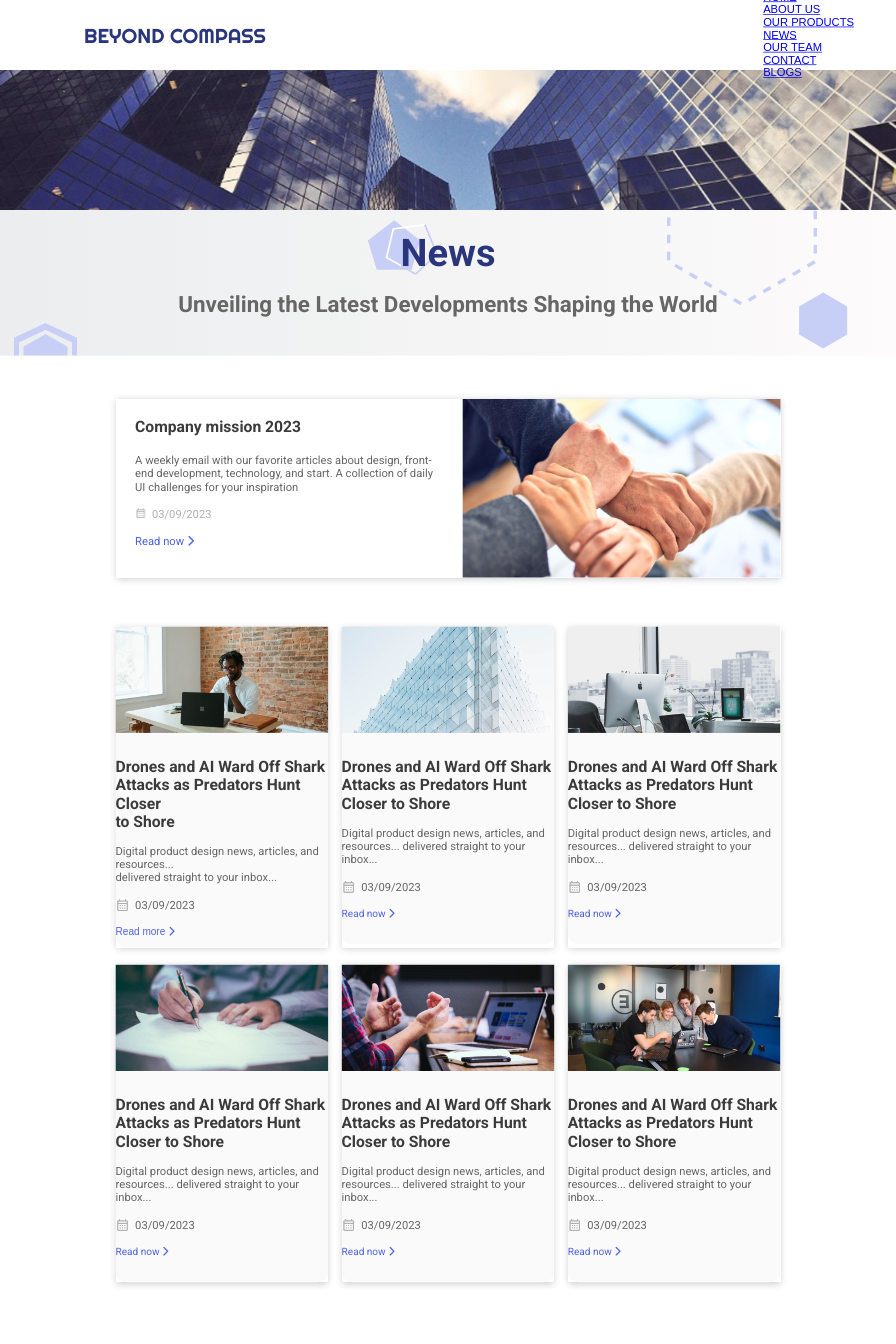
Repository: trunghau06/baitapRn
Page: pages/news.html
The author's editor kept a copy of each file at every save. The page is drawn from the files as they stood at one save, then again after the next save.
The browser window is 1280 px wide. The pictures show the part of the page from y = 0 to 1920 px (the page is 2972 px tall before and 2952 px after), at 70% of full size.

Above is the page before, as saved 2025-10-10 11:10:43.

After the next save:
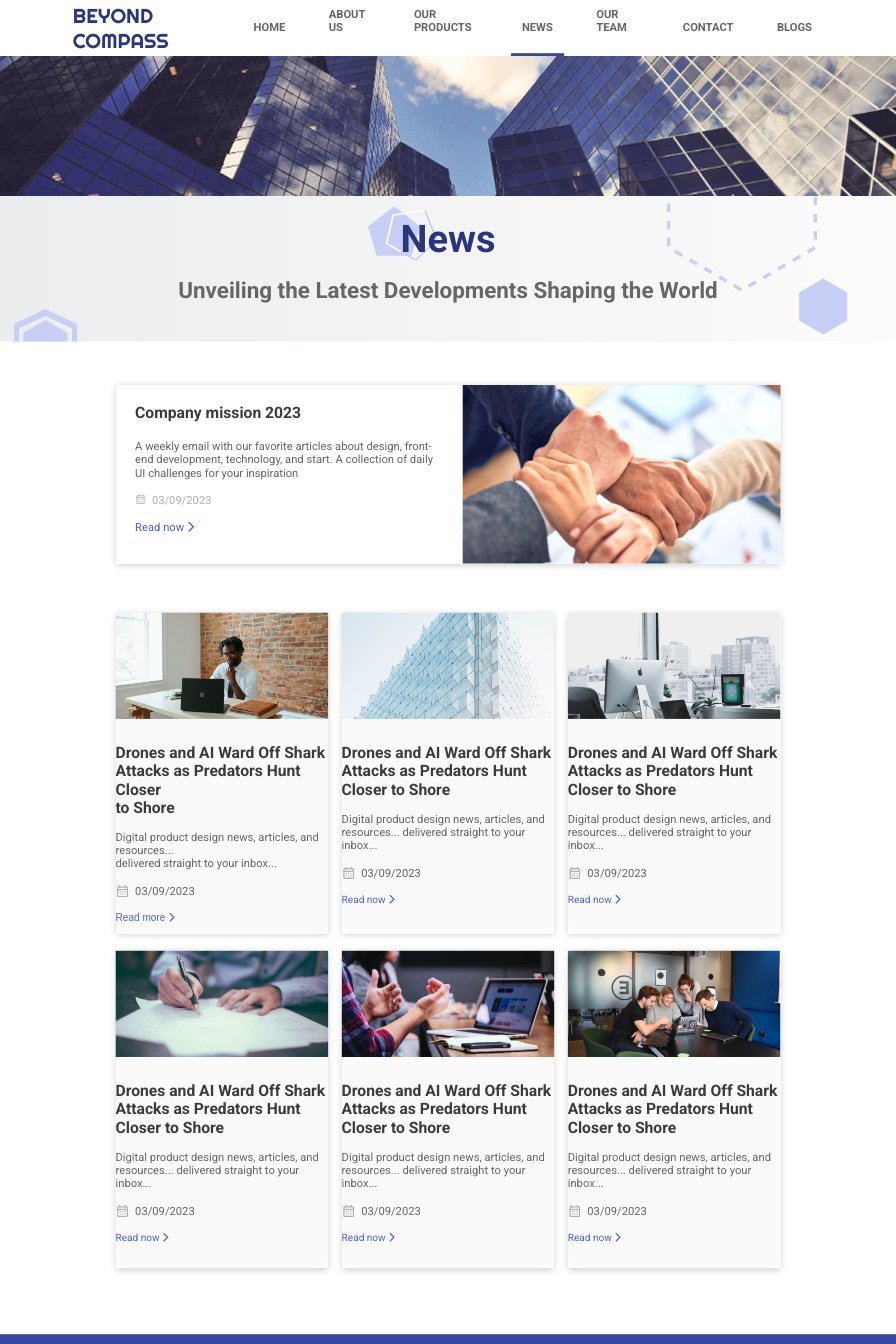
Saved 11 s later.
--- a/style/news.css
+++ b/style/news.css
@@ -17,11 +17,11 @@ body {
     left: 0;
     width: 100%;
     margin: 0 auto;
-    padding: 0 60px;
+    padding: 0 104px;
     display: flex;
     justify-content: space-between;
     align-items: center;
-    height: 100px;
+    height: 80px;
     background-color: white;
     z-index: 1000;
 }
@@ -33,49 +33,43 @@ body {
     color: #2A367C;
     font-size: 1.8em;
     font-weight: 400;
-    padding-left: 60px;
 }
 
 /* Menu */
-nav ul {
-    list-style: none;
+nav {
     display: flex;
     gap: 30px;
-    padding-right: 60px;
-}
-
-nav ul li a {
+    align-items: flex-end;
+    align-self: flex-end;
+}
+
+.menu-item {
+    padding: 12px 16px 28px 16px;
+    display: flex;
+    justify-content: center;
+    border-bottom: 4px solid transparent;
+    transition: border-color 0.3s;
+}
+
+.menu-item:hover {
+    border-bottom-color: #3746A0;
+}
+
+.menu-item.active {
+    border-bottom-color: #3746A0;
+}
+
+.menu-item a {
     text-decoration: none;
     color: #666666;
     font-size: 1em;
     font-weight: 700;
-    padding-bottom: 28px;
-    font-family: 'Roboto', Arial, sans-serif;
-    position: relative;
-}
-
-nav ul li a::after {
-    content: '';
-    position: absolute;
-    bottom: 0;
-    left: -10px;
-    right: -10px;
-    height: 4px;
-}
-
-nav ul li a:hover,
-nav ul li a.active {
-    color: #3746A0;
-}
-
-nav ul li a:hover::after,
-nav ul li a.active::after {
-    background-color: #3746A0;
+    font-family: 'Roboto', Arial, sans-serif;
 }
 
 /* Banner */
 .header-banner {
-    margin-top: 100px;
+    margin-top: 80px;
     width: 100%;
     height: 200px;
     background-image: url('../Images/anhHeader_4.png');
